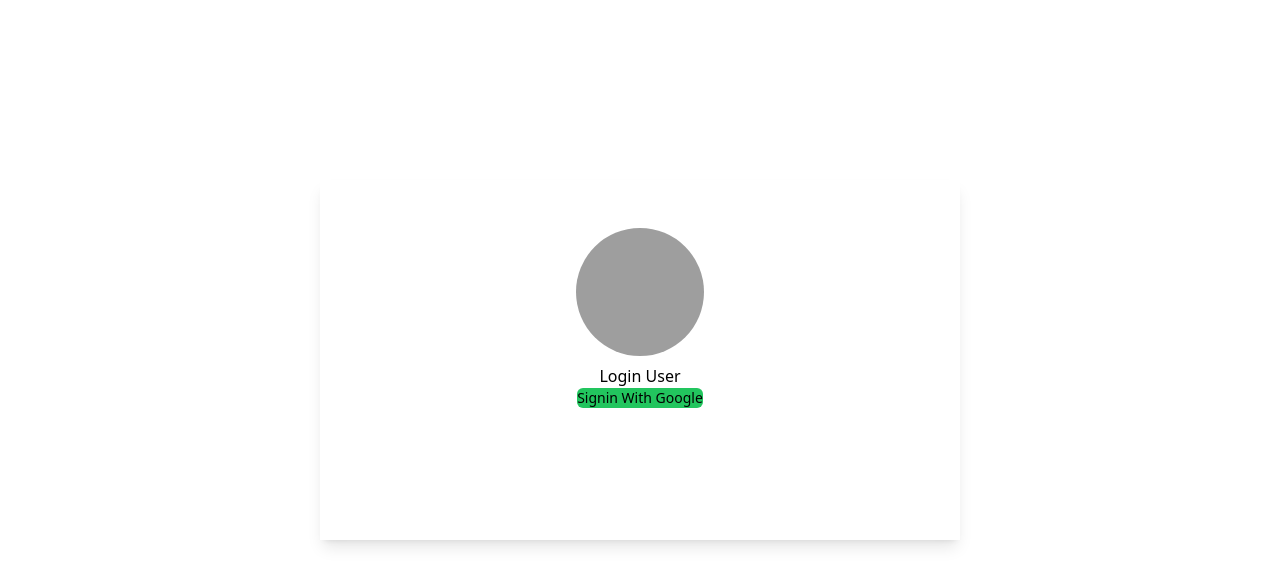
Repository: Shamraiz761/Slack_clone
Page: /
These files come from the project's save history. The page is drawn as it stood at one moment and after the next save; the edit follows.
The browser window is 1280 px wide. The pictures show the whole page.
Pictures or frames that could not be fetched are drawn as grey boxes. The project was rebuilt for these pictures with package versions that can differ from the ones it lists, and the page was loaded fresh each time. Also part of the build but not shown: vite.config.js, src/components/header/Header.jsx, src/firebase.js, src/components/sidebar/Sidebar.jsx, src/components/chat/Chat.jsx.

Above is the page before, as saved 2024-01-16 14:19:53.

### src/App.jsx
import React, { useState } from "react";
import Header from "./components/header/Header";
import Sidebar from "./components/sidebar/Sidebar";
import { BrowserRouter as Router, Routes, Route } from "react-router-dom";
import Chat from "./components/chat/Chat";
import User from "./user/User";
function App() {
  const [user,setUser] = useState(false);
  return (
    <div >
    <Router>
        {
          !user ? <User /> : (
            <>
            <Header />
            <div className="flex ">
            <Sidebar className="overflow-y-hidden"/>
            <Routes >
              <Route
                path="/rooms/:id"
                 element={<Chat />}

              />
            </Routes>

            </div>
            </>
          )
        }

      </Router>
    </div>
  );
}

export default App;

### src/user/User.jsx
import React from 'react'

function User() {
  return (
    <div className='flex justify-center items-center h-screen w-full'>
        <div className='shadow-lg w-1/2 h-1/2'>
        <div className='flex flex-col mt-12 justify-center items-center '>
            <img src="https://cdn.pixabay.com/photo/2016/08/08/09/17/avatar-1577909_960_720.png" className='h-32 w-32 rounded-full'/>
            <h1 className='mt-2 font-medium'>
                Login User
            </h1>
<button className='bg-green-500 text-sm rounded-md'>Signin With Google</button>
            </div>
        </div>
    </div>
  )
}

export default User

Loaded but not shown: index.html (common file); src/main.jsx (common file); src/index.css (common file); tailwind.config.js (common file)

After the next save:
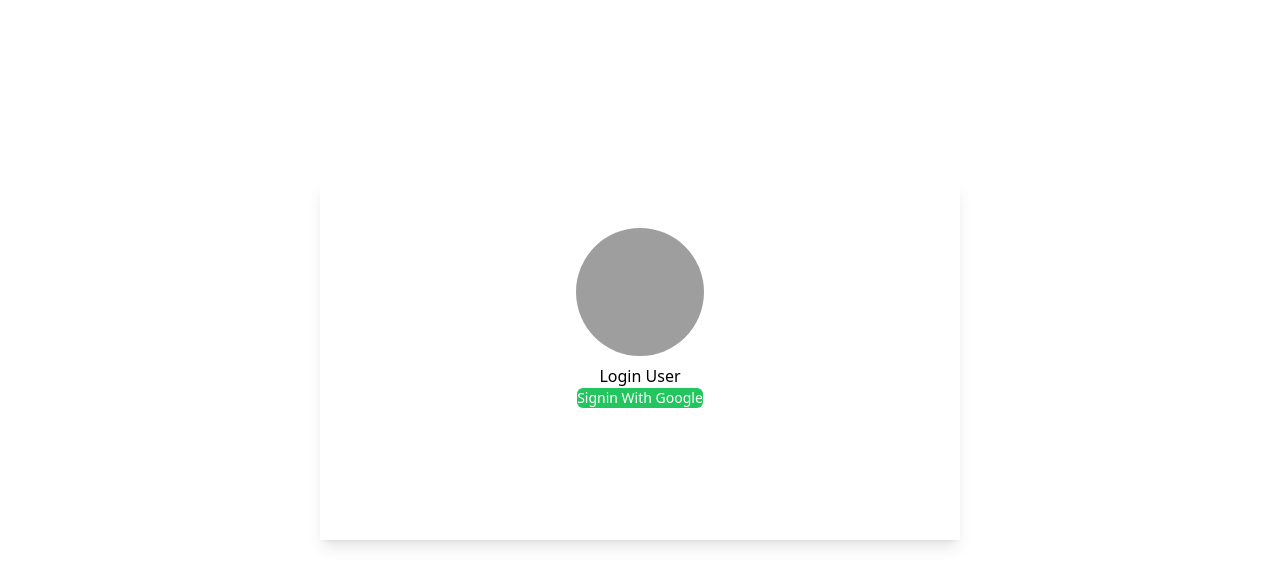
Saved 4 s later.
--- a/src/user/User.jsx
+++ b/src/user/User.jsx
@@ -9,7 +9,7 @@
             <h1 className='mt-2 font-medium'>
                 Login User
             </h1>
-<button className='bg-green-500 text-sm rounded-md'>Signin With Google</button>
+<button className='bg-green-500 text-white  text-sm rounded-md'>Signin With Google</button>
             </div>
         </div>
     </div>
